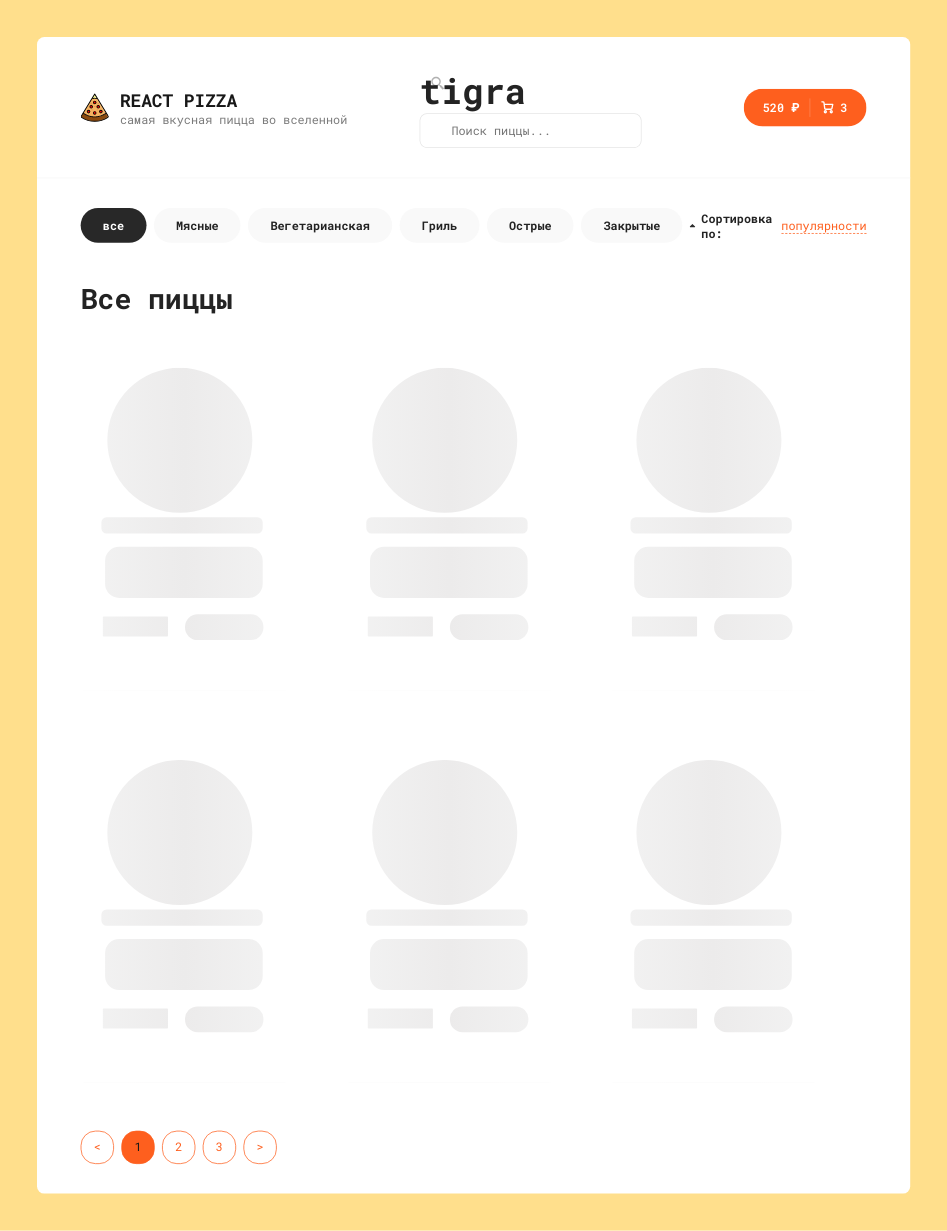
Repository: TI-IT/react-pizza2
Page: /
An editor plug-in stored every save of this project. The page is shown before and after the next save, followed by the edit.
The browser window is 1280 px wide. The pictures show the whole page, at 74% of full size.
The page's requests for data from a server got no answer. The project was rebuilt for these pictures with package versions that can differ from the ones it lists, and the page was loaded fresh each time. No one was signed in, and anything a server would have sent is missing. Also part of the build but not shown: src/components/PizzaBlock.jsx, src/pages/Cart.jsx, src/components/NotFoundBlock/NotFounBlock.module.scss, src/components/NotFoundBlock/index.jsx, src/pages/NotFound.tsx.

Above is the page before, as saved 2022-10-16 09:31:05.

After the next save:
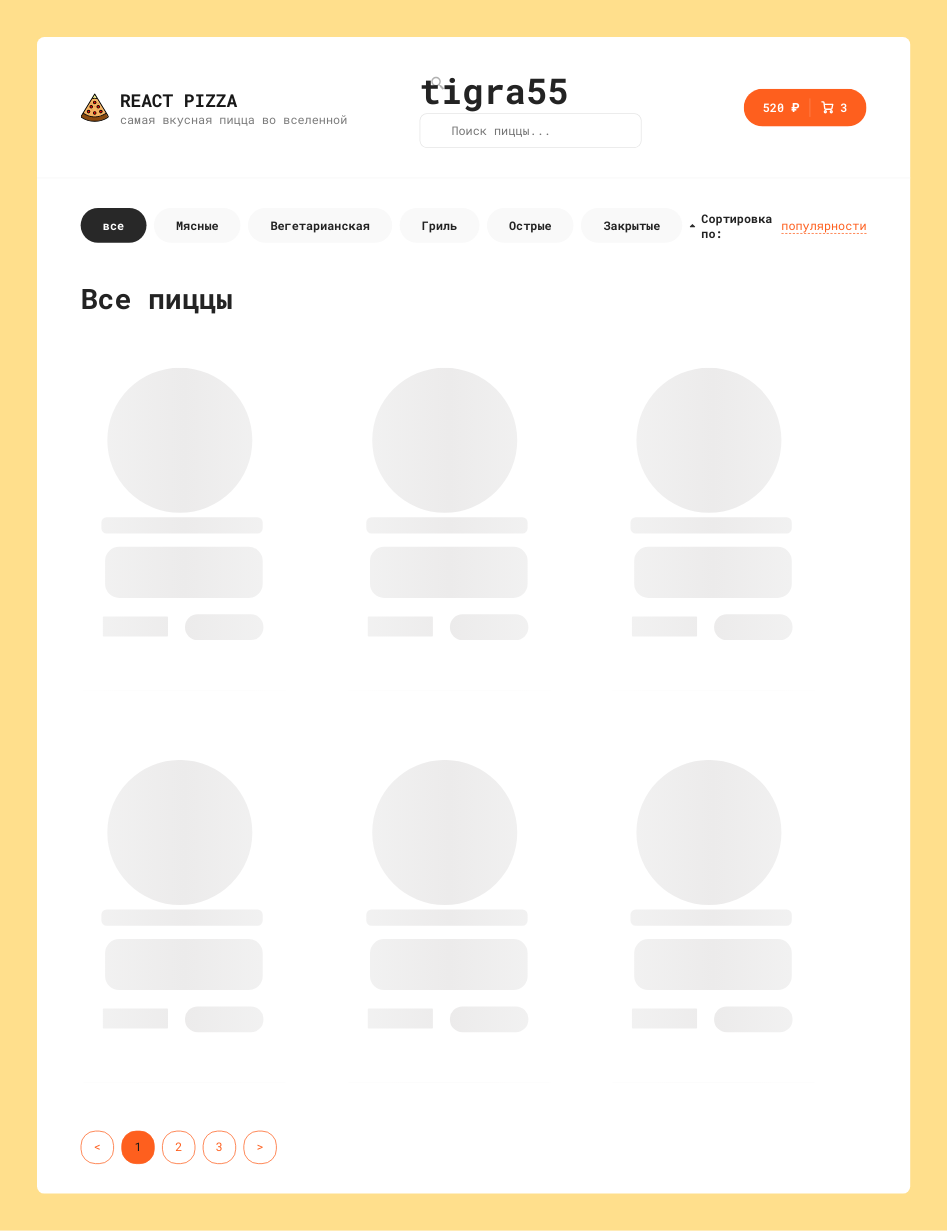
Saved 7 s later.
--- a/src/components/Search/index.jsx
+++ b/src/components/Search/index.jsx
@@ -6,7 +6,10 @@ const Search = () => {
   const { searchValue, setSearchValue, tt } = React.useContext(SearchContext)
   return (
     <div className={styles.root}>
-      <h1>{tt.name}</h1>
+      <h1>
+        {tt.name}
+        {tt.id}
+      </h1>
       <svg
         className={styles.icon}
         height="24"
